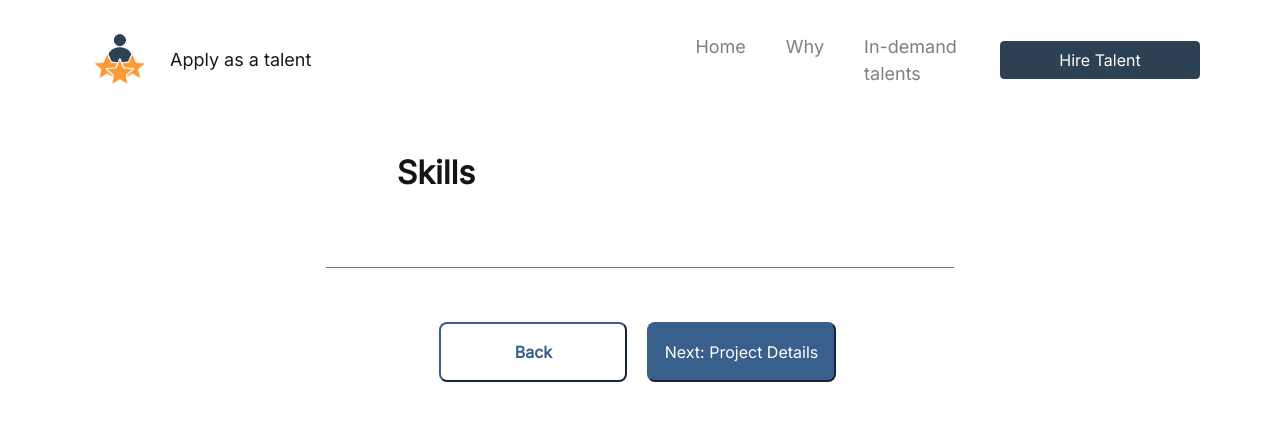
Repository: Ashwe9/talent-hire-reactJs
Page: /skills
The author's editor kept a copy of each file at every save. The page is drawn from the files as they stood at one save, then again after the next save.
The browser window is 1280 px wide. The pictures show the whole page.
The project was rebuilt for these pictures with package versions that can differ from the ones it lists, and the page was loaded fresh each time. Also part of the build but not shown: src/homePage/components/TrustedBy/TrustedBy.css, src/homePage/components/TrustedBy/TrustedBy.js, src/homePage/components/Roles/Roles.css, src/homePage/components/Roles/Roles.js, src/homePage/components/homePageFooter/HomePageFooter.css, src/homePage/components/homePageFooter/HomePageFooter.js, src/homePage/HomePage.js, src/kpisPage/Header.css and 17 more.

Above is the page before, as saved 2022-08-25 15:31:57.

After the next save:
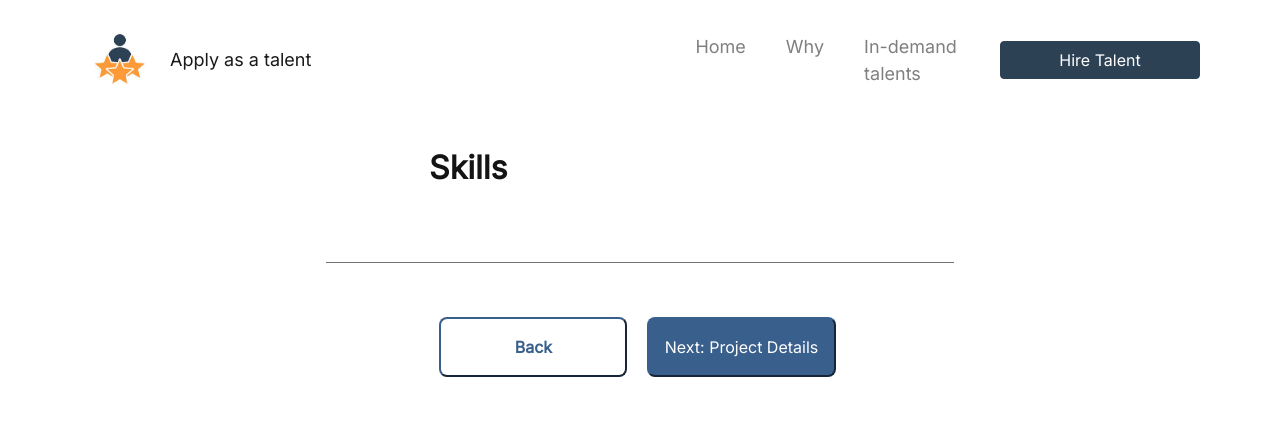
Saved 37 s later.
--- a/src/skills/Header.js
+++ b/src/skills/Header.js
@@ -4,10 +4,12 @@
 
 const Header = () => {
   return (
-    <div className='skills-header-box'>
-        <p className='skills-header'>
-            Skills
-        </p>
+    <div className='container'>
+      <div className='skills-header-box'>
+          <p className='skills-header'>
+              Skills
+          </p>
+      </div>
     </div>
   )
 }

After the save that followed:
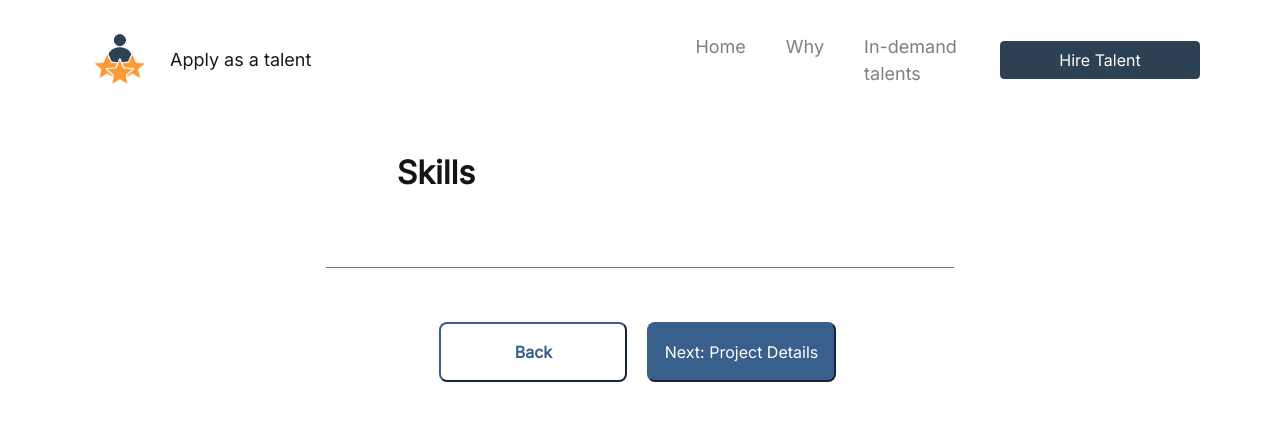
Saved 9 s later.
--- a/src/skills/Header.js
+++ b/src/skills/Header.js
@@ -4,7 +4,7 @@
 
 const Header = () => {
   return (
-    <div className='container'>
+    <div className='box'>
       <div className='skills-header-box'>
           <p className='skills-header'>
               Skills
